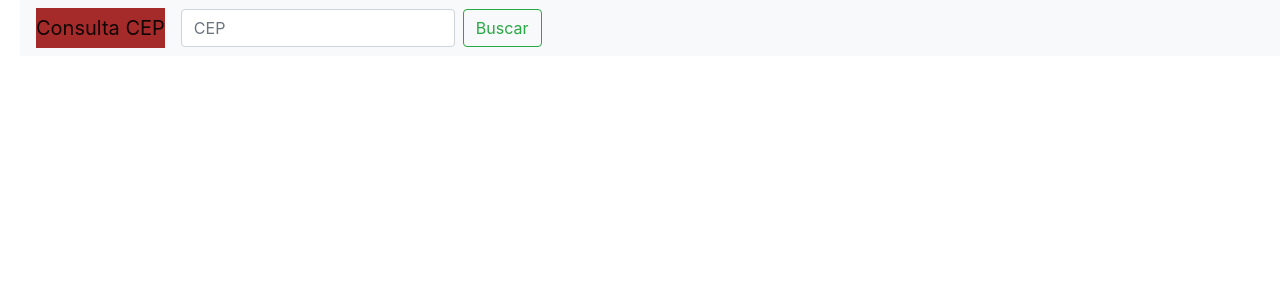
Repository: DaniloBaracho/jquery
Page: index.html
An editor plug-in stored every save of this project. The page is shown before and after the next save, followed by the edit.
The browser window is 1280 px wide. The pictures show the whole page.

Above is the page before, as saved 2020-06-19 18:52:44.

After the next save:
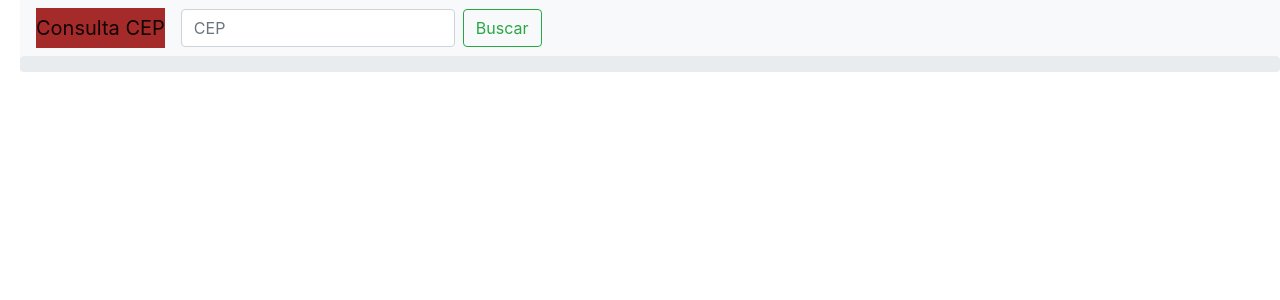
Saved 2 min 14 s later.
--- a/index.html
+++ b/index.html
@@ -25,6 +25,9 @@
               </div>
 
           </nav>
+          <div class="progress">
+            <div class="progress-bar progress-bar-striped progress-bar-animated" role="progressbar" aria-valuenow="75" aria-valuemin="0" aria-valuemax="100" style="width: 0%"></div>
+          </div>
           <div class="orgtable cep" style="margin-top: 20px;">
               <div class="row">
                 <h3 id="showcep">CEP</h3>

After the save that followed:
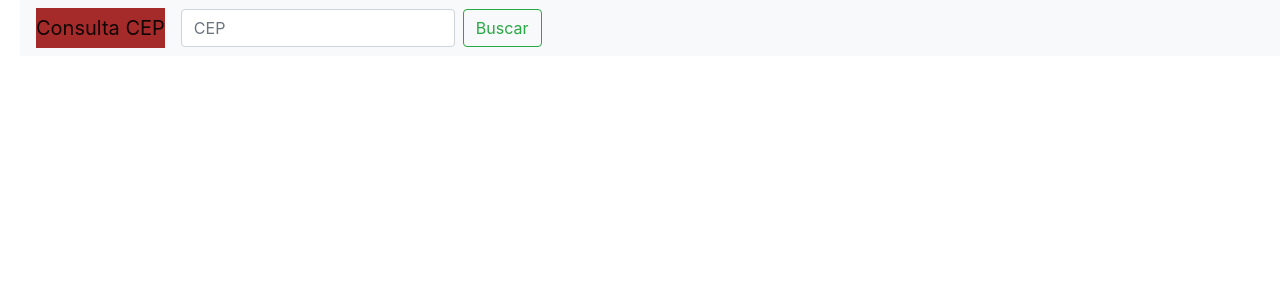
Saved 2 min 12 s later.
--- a/index.html
+++ b/index.html
@@ -25,8 +25,8 @@
               </div>
 
           </nav>
-          <div class="progress">
-            <div class="progress-bar progress-bar-striped progress-bar-animated" role="progressbar" aria-valuenow="75" aria-valuemin="0" aria-valuemax="100" style="width: 0%"></div>
+          <div class="progress barra" style="margin-top: 30px;">
+            <div class="progress-bar progress-bar-striped progress-bar-animated" role="progressbar" aria-valuenow="75" aria-valuemin="0" aria-valuemax="100" style="width: 100%"></div>
           </div>
           <div class="orgtable cep" style="margin-top: 20px;">
               <div class="row">
--- a/js/main.js
+++ b/js/main.js
@@ -30,6 +30,7 @@ function ConsultaCep2(){
             $("#showcep").html(response.cep);
             //alert(response.logradouro);
             $(".cep").show();
+            $(".barra").show();
             //document.getElementById("logradouro").innerHTML = response.logradouro;
 
         }
@@ -37,4 +38,5 @@ function ConsultaCep2(){
 }
 $(function(){
     $(".cep").hide();
+    $(".barra").hide();
 });
